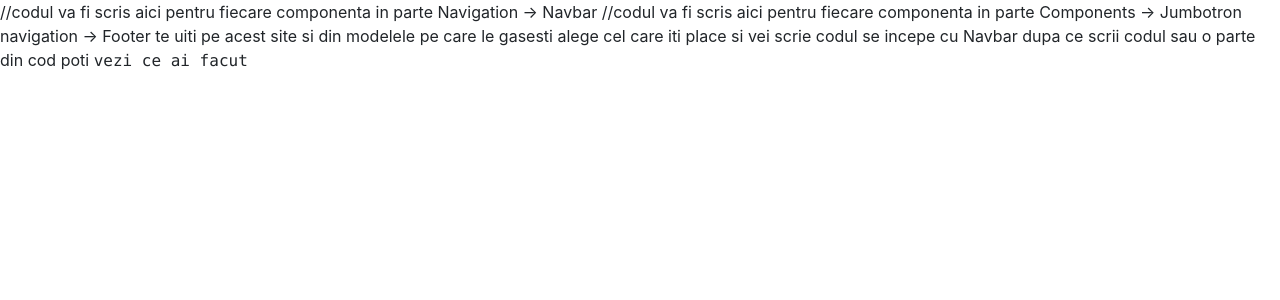
Repository: nicolasolo/bitesizecoding.space
Page: index.html
An editor plug-in stored every save of this project. The page is shown before and after the next save, followed by the edit.
The browser window is 1280 px wide. The pictures show the whole page.

Above is the page before, as saved 2020-04-09 17:33:46.

### index.html
<!DOCTYPE html>
<html lang="en">
<head>
    <meta charset="UTF-8">
    <meta name="viewport" content="width=device-width, initial-scale=1.0">
    <title>Trincu-Andrei</title>
    <link rel="stylesheet" href="https://stackpath.bootstrapcdn.com/bootstrap/4.4.1/css/bootstrap.min.css" integrity="sha384-Vkoo8x4CGsO3+Hhxv8T/Q5PaXtkKtu6ug5TOeNV6gBiFeWPGFN9MuhOf23Q9Ifjh" crossorigin="anonymous">

    <link rel="stylesheet" href="css/index.css">
</head>
<body>
<header>
<!-- Navbar-->
//codul va fi scris aici pentru fiecare componenta in parte
Navigation -> Navbar
<!-- Jumbotron -->
//codul va fi scris aici pentru fiecare componenta in parte
Components -> Jumbotron
<!-- Footer-->
navigation -> Footer
te uiti pe acest site si din modelele pe care le gasesti alege cel care iti place
si vei scrie codul
se incepe cu Navbar
dupa ce scrii codul sau o parte din cod poti <samp>vezi ce ai facut </samp>

<script src="https://code.jquery.com/jquery-3.4.1.slim.min.js" integrity="sha384-J6qa4849blE2+poT4WnyKhv5vZF5SrPo0iEjwBvKU7imGFAV0wwj1yYfoRSJoZ+n" crossorigin="anonymous"></script>
<script src="https://cdn.jsdelivr.net/npm/popper.js@1.16.0/dist/umd/popper.min.js" integrity="sha384-Q6E9RHvbIyZFJoft+2mJbHaEWldlvI9IOYy5n3zV9zzTtmI3UksdQRVvoxMfooAo" crossorigin="anonymous"></script>
<script src="https://stackpath.bootstrapcdn.com/bootstrap/4.4.1/js/bootstrap.min.js" integrity="sha384-wfSDF2E50Y2D1uUdj0O3uMBJnjuUD4Ih7YwaYd1iqfktj0Uod8GCExl3Og8ifwB6" crossorigin="anonymous"></script>
    <script src="./js/custom.js"></script>
</body>
</html>
<div></div>

Loaded but not shown: css/index.css (no stored copy; drawn as an empty file); js/custom.js (no stored copy; drawn as an empty file)

After the next save:
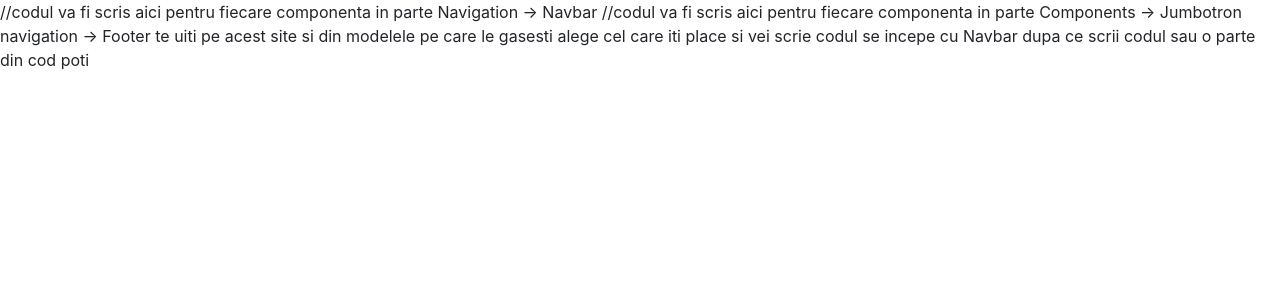
Saved 12 s later.
--- a/index.html
+++ b/index.html
@@ -21,7 +21,7 @@ navigation -> Footer
 te uiti pe acest site si din modelele pe care le gasesti alege cel care iti place
 si vei scrie codul
 se incepe cu Navbar
-dupa ce scrii codul sau o parte din cod poti <samp>vezi ce ai facut </samp>
+dupa ce scrii codul sau o parte din cod poti
 
 <script src="https://code.jquery.com/jquery-3.4.1.slim.min.js" integrity="sha384-J6qa4849blE2+poT4WnyKhv5vZF5SrPo0iEjwBvKU7imGFAV0wwj1yYfoRSJoZ+n" crossorigin="anonymous"></script>
 <script src="https://cdn.jsdelivr.net/npm/popper.js@1.16.0/dist/umd/popper.min.js" integrity="sha384-Q6E9RHvbIyZFJoft+2mJbHaEWldlvI9IOYy5n3zV9zzTtmI3UksdQRVvoxMfooAo" crossorigin="anonymous"></script>
